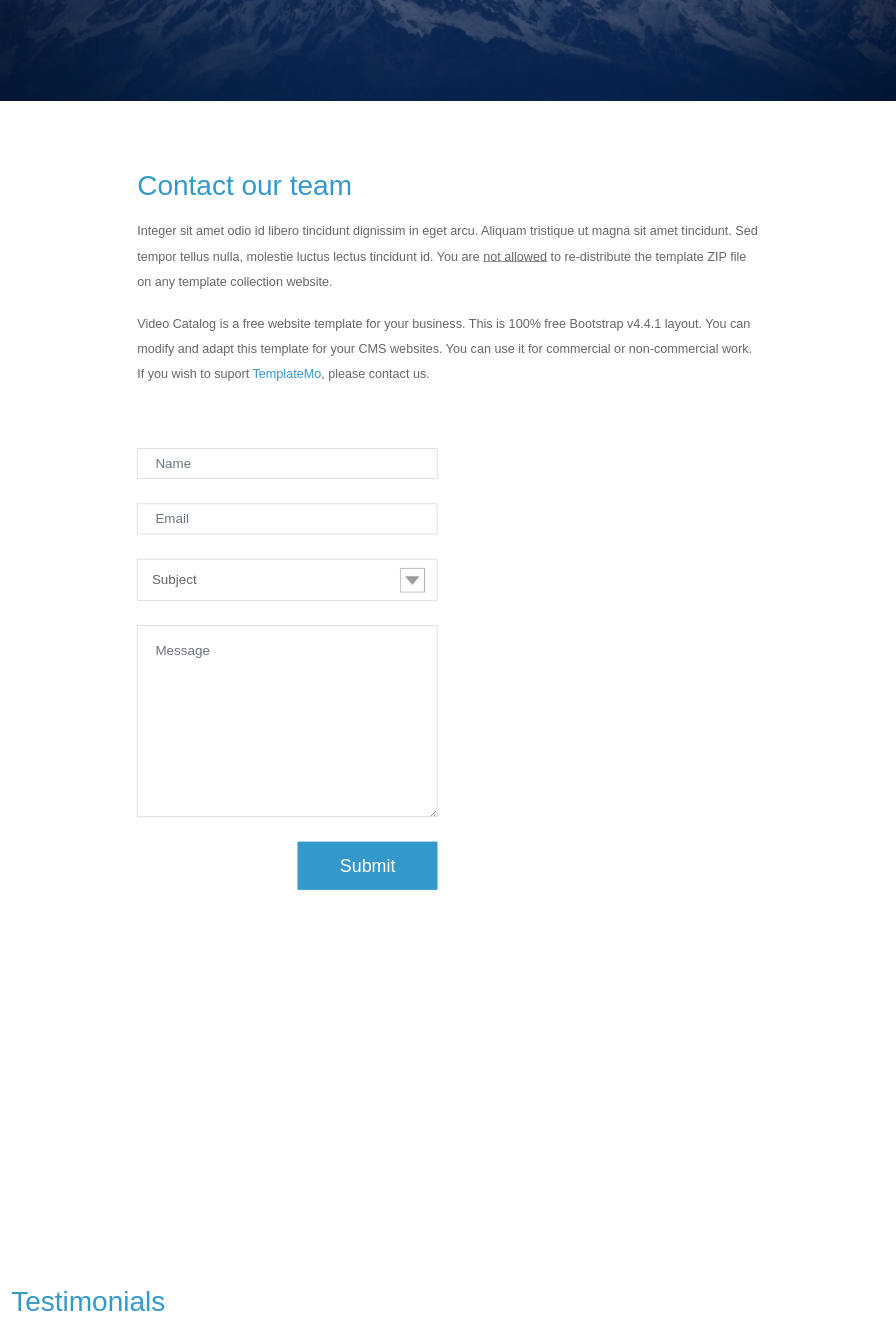
Repository: Marhamat92/PCAT-project-with-node-backend
Page: http://localhost/add
These files come from the project's save history. The page is drawn as it stood at one moment and after the next save; the edit follows.
The browser window is 1280 px wide. The pictures show the part of the page from y = 306 to 2226 px (the page is 3475 px tall before and 3139 px after), at 70% of full size.
Pictures or frames that could not be fetched are drawn as grey boxes. Backgrounds fixed to the window are drawn as part of the page. Some web fonts or font styles are not loaded; a fallback is used. The page is served by the project's Node server (app.js).

Above is the page before, as saved 2023-02-20 17:47:17.

After the next save:
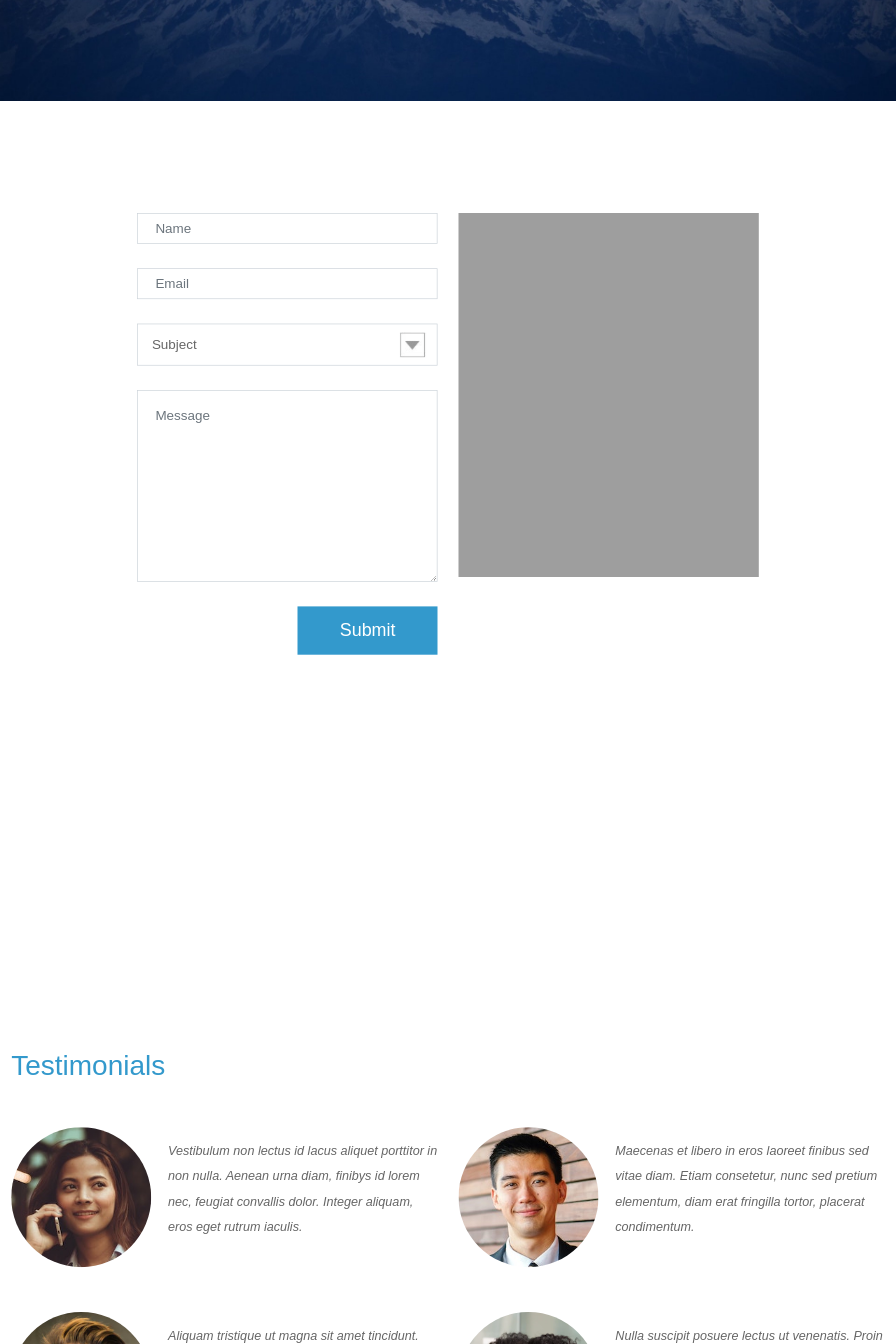
Saved 22 s later.
--- a/views/add.ejs
+++ b/views/add.ejs
@@ -21,20 +21,7 @@
                     <div class="mx-auto tm-content-container">
                         <div class="row mt-3 mb-5 pb-3">
                             <div class="col-12">
-                                <div class="mx-auto tm-about-text-container px-3">
-                                    <h2 class="tm-page-title mb-4 tm-text-primary">Contact our team</h2>
-                                    <p class="mb-4">
-                                        Integer sit amet odio id libero tincidunt dignissim in eget arcu. Aliquam
-                                        tristique ut magna sit amet tincidunt. Sed tempor tellus nulla, molestie luctus
-                                        lectus tincidunt id. You are <u>not allowed</u> to re-distribute the template
-                                        ZIP file on any template collection website.
-                                    </p>
-                                    <p class="mb-4">Video Catalog is a free website template for your business. This is
-                                        100% free Bootstrap v4.4.1 layout. You can modify and adapt this template for
-                                        your CMS websites. You can use it for commercial or non-commercial work. If you
-                                        wish to suport <a rel="nofollow" target="_parent" href="https://templatemo.com"
-                                            class="tm-text-primary">TemplateMo</a>, please contact us.</p>
-                                </div>
+
                             </div>
                         </div>
                         <div class="mx-auto pb-3 tm-about-text-container px-3">
